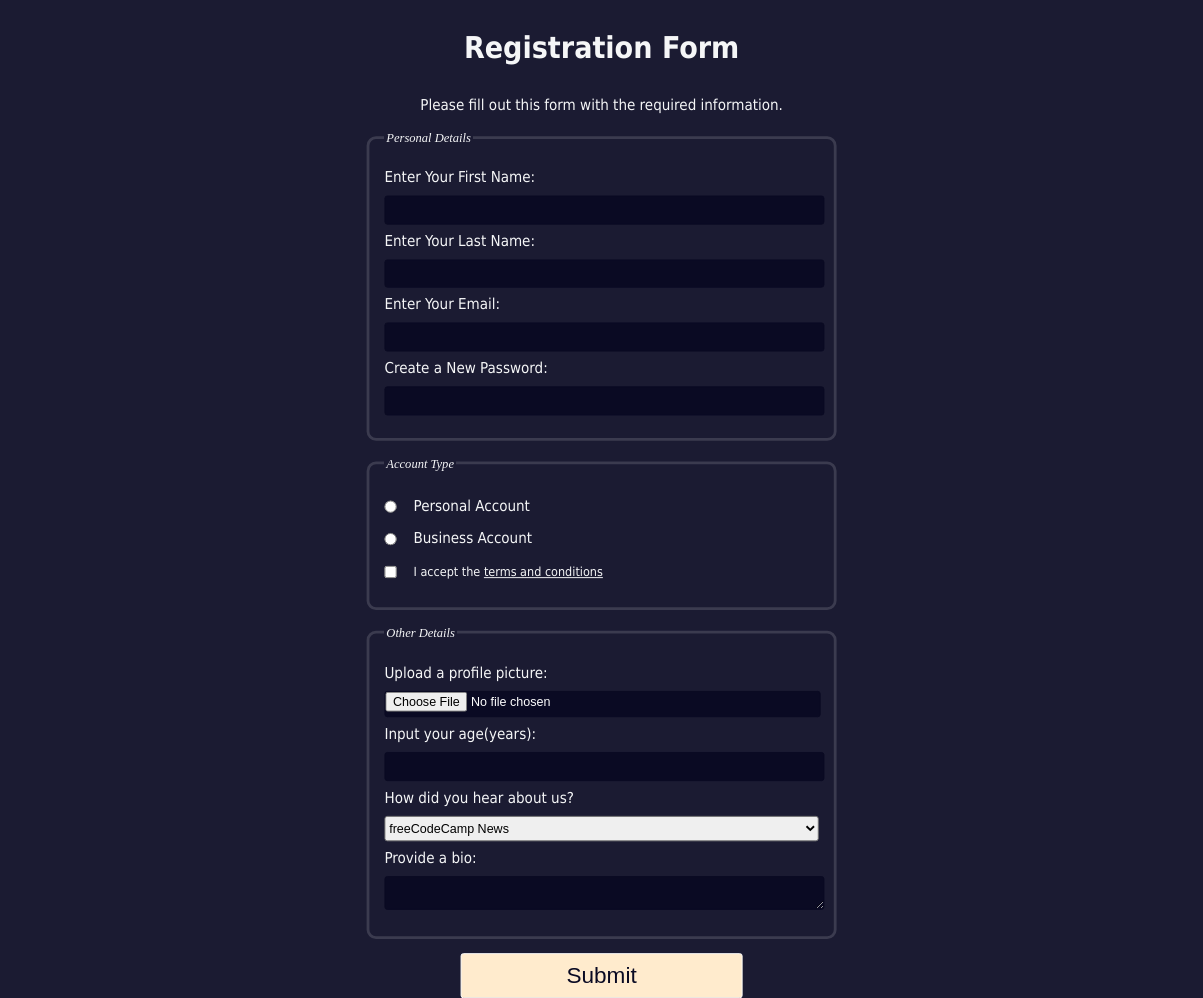
Repository: Lungdjos/registration_form
Page: index.html
These files come from the project's save history. The page is drawn as it stood at one moment and after a run of saves; the edit follows.
The browser window is 1280 px wide. The pictures show the whole page, at 94% of full size.
The pointer rests on the first visible `#submit-btn`.

Above is the page before, as saved 2023-09-29 11:15:41.

After the next 2 saves:
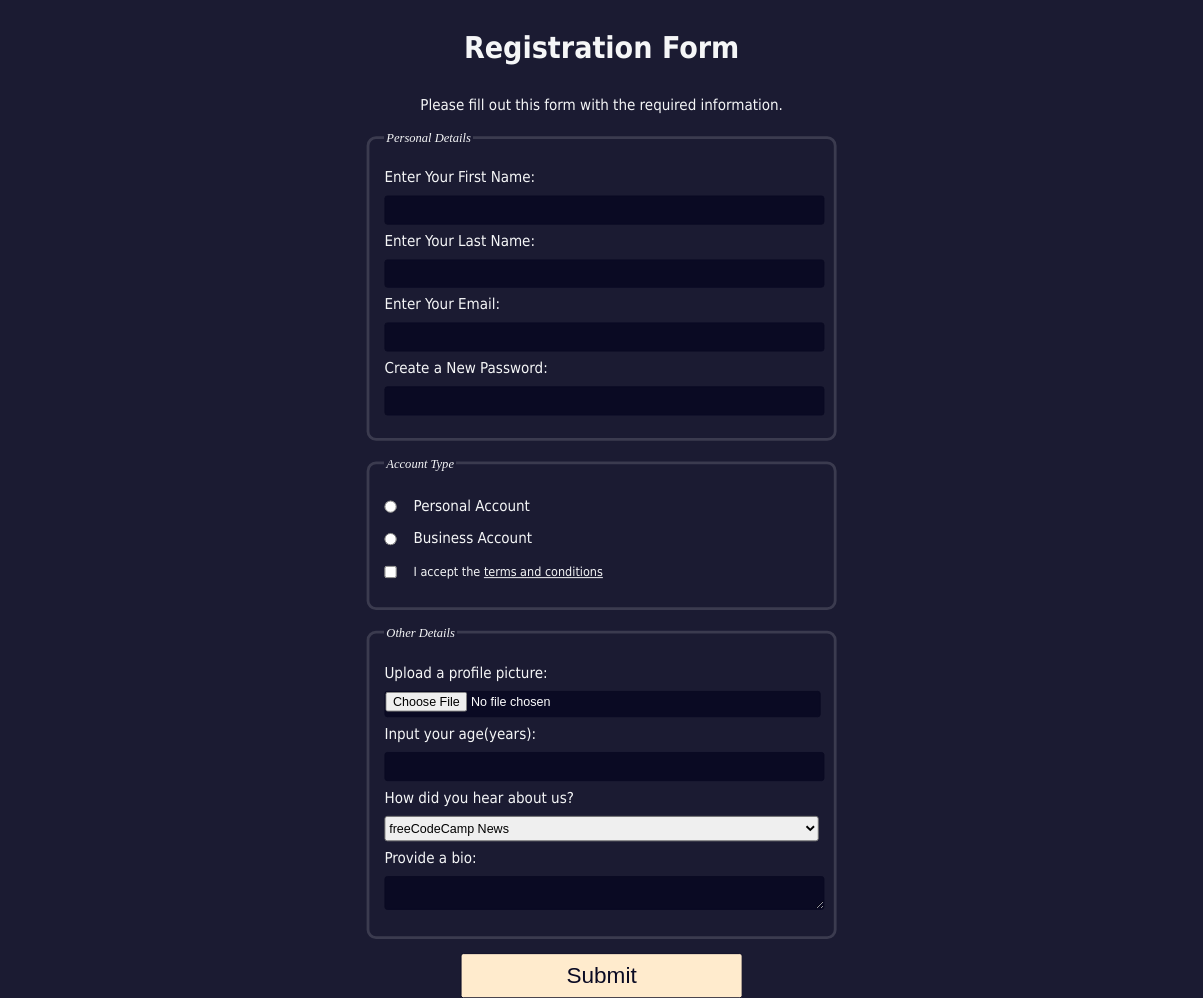
The 2 saves are shown as one change because they came seconds apart.
The last was saved 8 s later.
--- a/indexStyles.css
+++ b/indexStyles.css
@@ -82,7 +82,7 @@ form {
 #submit-btn:hover {
     background-color: blanchedalmond;
     color: #0a0a23;
-    border-color:
+    border-color: #0a0a23;
 }
 
 input[name="submit"] {
